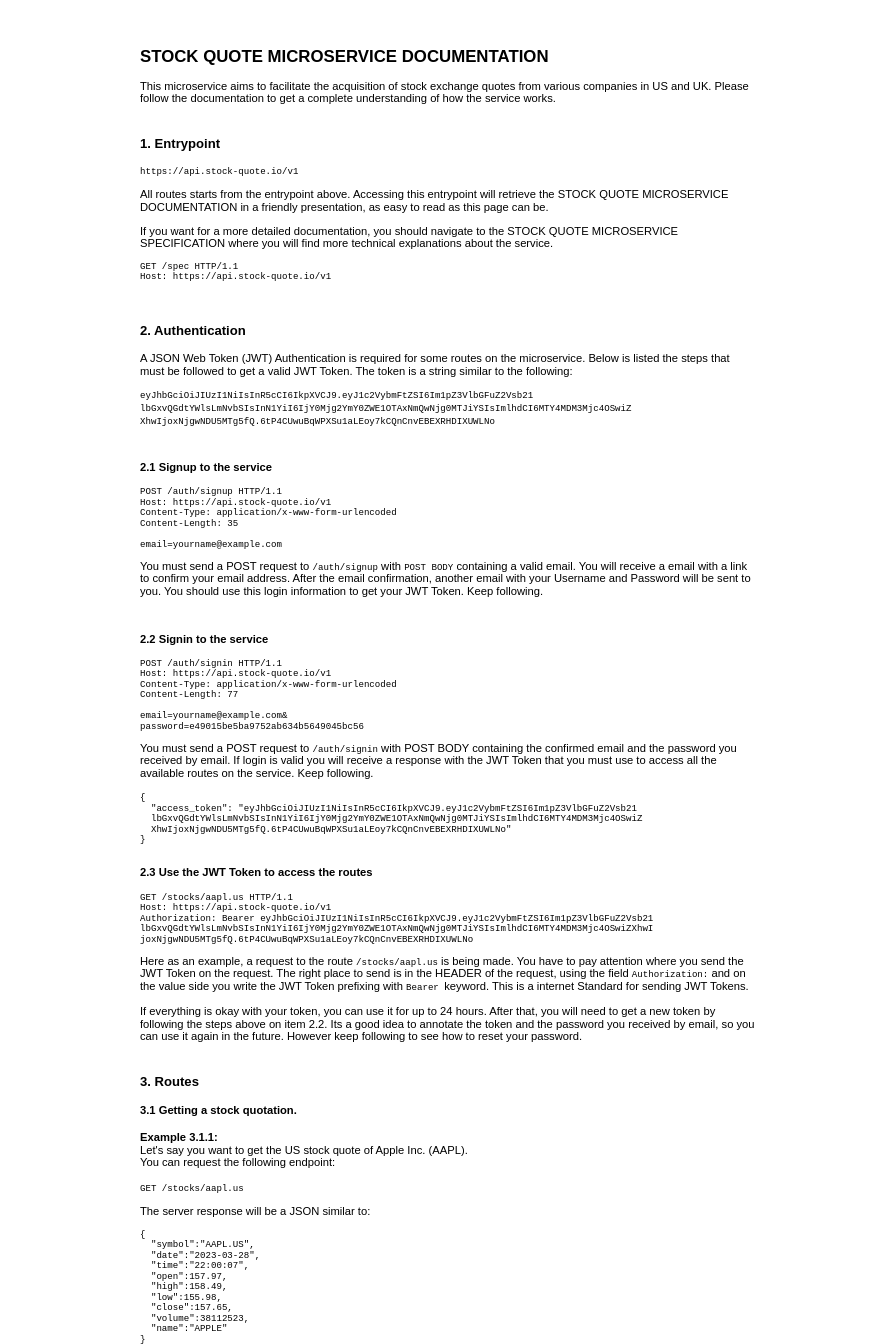
Repository: miguelamello/nest-js
Page: stock-service/documentation.html
The author's editor kept a copy of each file at every save. The page is drawn from the files as they stood at one save, then again after a run of saves.
The browser window is 1280 px wide. The pictures show the part of the page from y = 0 to 1920 px (the page is 3364 px tall), at 70% of full size.

Above is the page before, as saved 2023-04-02 20:48:49.

After the next 2 saves:
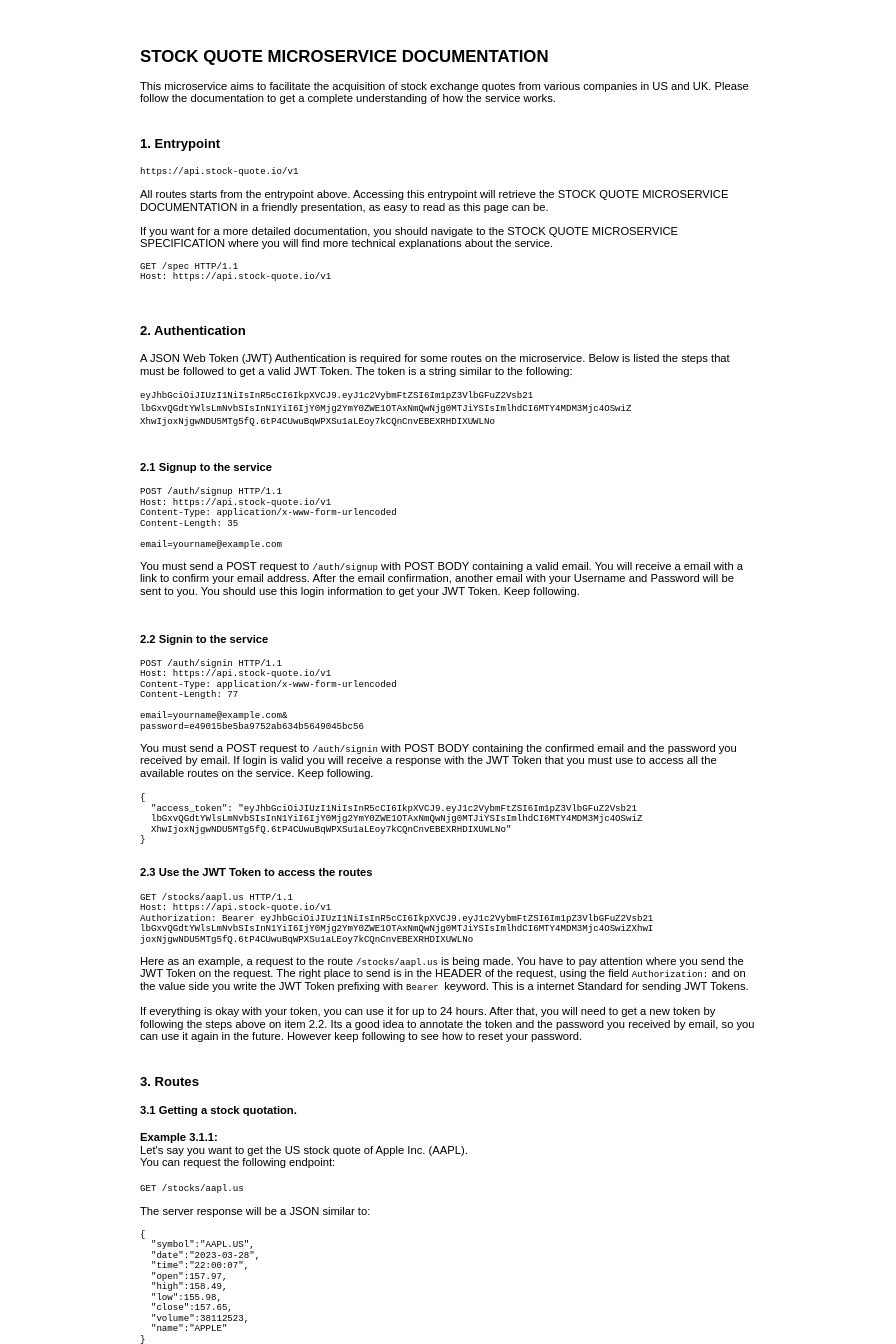
The 2 saves are shown as one change because they came seconds apart.
The last was saved 9 s later.
--- a/stock-service/documentation.html
+++ b/stock-service/documentation.html
@@ -67,8 +67,7 @@ Content-Length: 35
 email=yourname@example.com
     </pre>
 
-    <div>You must send a POST request to <code>/auth/signup</code> with
-      <code>POST BODY</code> containing a valid email.
+    <div>You must send a POST request to <code>/auth/signup</code> with POST BODY containing a valid email.
       You will receive a email with a link to confirm your email address. After the email confirmation,
       another email with your Username and Password will be sent to you. You should use this login
       information to get your JWT Token. Keep following.</div>
